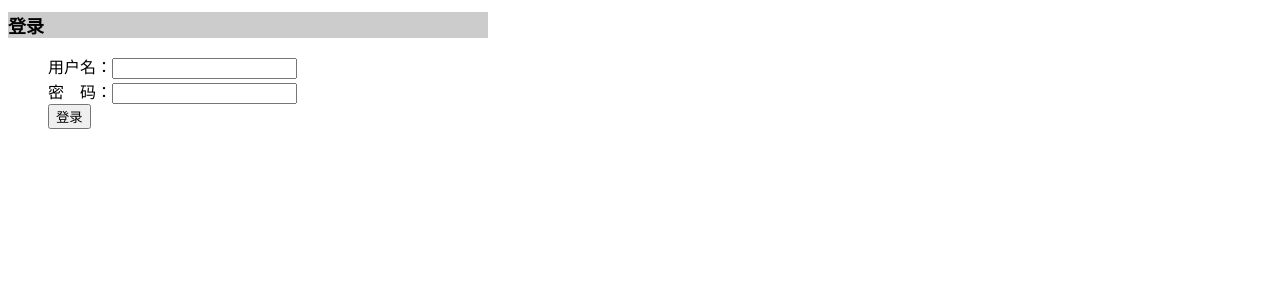
Repository: jiangrongbo/mybatis-blog
Page: http://localhost/exam3/
An editor plug-in stored every save of this project. The page is shown before and after the next save, followed by the edit.
The browser window is 1280 px wide. The pictures show the whole page.
The page is served by Tomcat 9.

Above is the page before, as saved 2015-06-28 13:15:50.

After the next save:
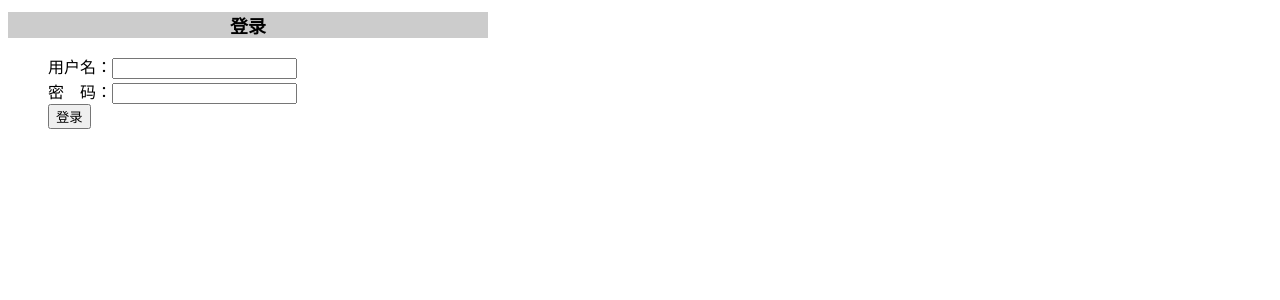
Saved 10 s later.
--- a/exam3/WebContent/index.jsp
+++ b/exam3/WebContent/index.jsp
@@ -13,6 +13,7 @@ height:300px;
 #login h1{
 background:#ccc;
 font-size:18px;
+text-align: center;
 }
 #login ul{
 list-style-type: none;
